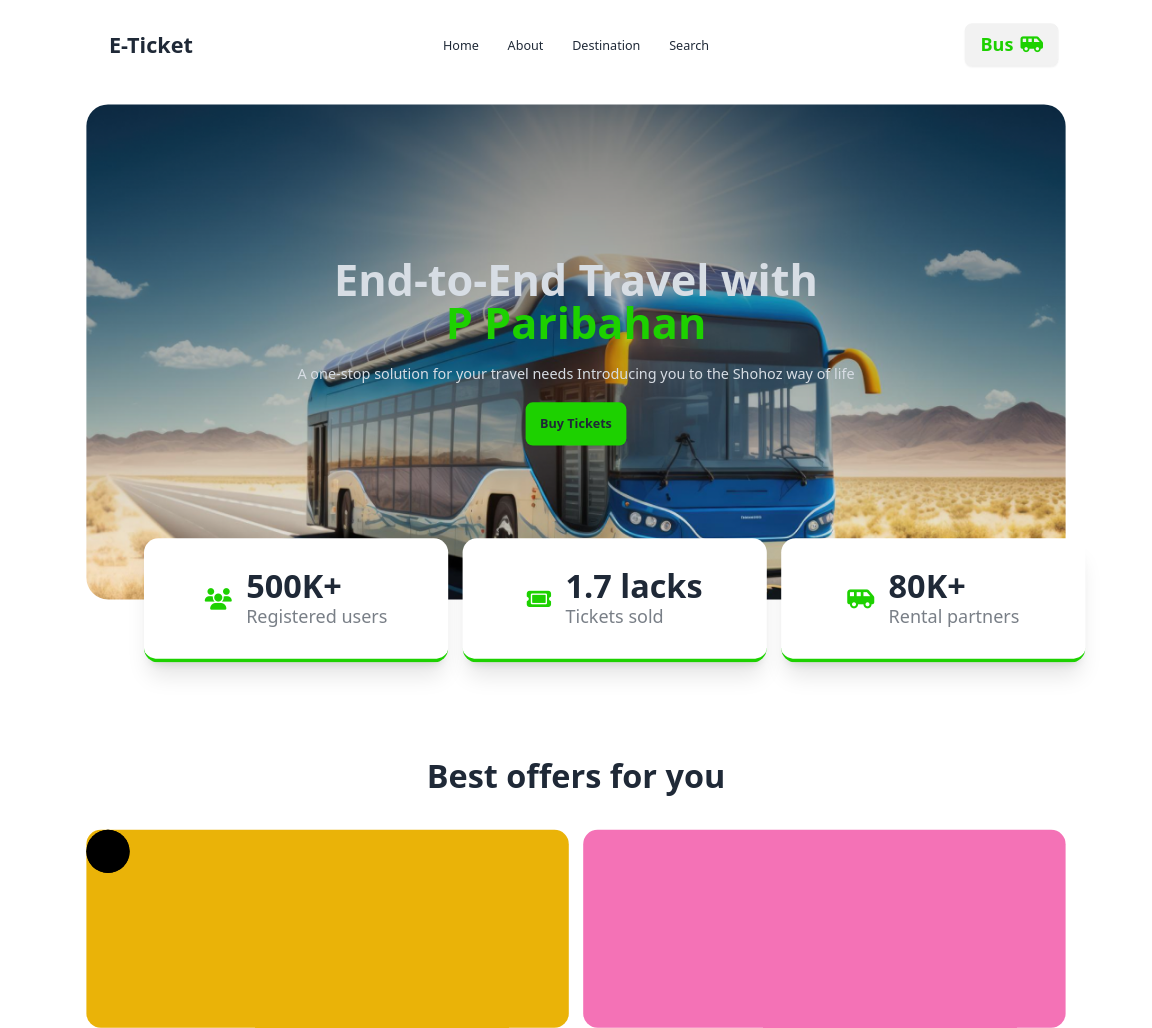
Repository: RudrasahaDibos/Smart-ticketing
Page: index.html
An editor plug-in stored every save of this project. The page is shown before and after a run of saves, followed by the edit.
The browser window is 1280 px wide. The pictures show the whole page, at 90% of full size.
Some web fonts or font styles are not loaded; a fallback is used. Some web libraries are served in a nearby version.

Above is the page before, as saved 2024-11-10 01:17:43.

### index.html
<!DOCTYPE html>
<html lang="en">
<head>
    <meta charset="UTF-8">
    <meta name="viewport" content="width=device-width, initial-scale=1.0">
    <title>Smart-ticketing</title>
    <!-- tailwind link -->
<link href="https://cdn.jsdelivr.net/npm/daisyui@4.12.14/dist/full.min.css" rel="stylesheet" type="text/css" />
<script src="https://cdn.tailwindcss.com"></script>
<!-- font awesome link -->
<link rel="stylesheet" href="https://cdnjs.cloudflare.com/ajax/libs/font-awesome/6.6.0/css/all.min.css" integrity="sha512-Kc323vGBEqzTmouAECnVceyQqyqdsSiqLQISBL29aUW4U/M7pSPA/gEUZQqv1cwx4OnYxTxve5UMg5GT6L4JJg==" crossorigin="anonymous" referrerpolicy="no-referrer" />

<!-- google fonts  -->
<link rel="preconnect" href="https://fonts.googleapis.com">
<link rel="preconnect" href="https://fonts.gstatic.com" crossorigin>
<link href="https://fonts.googleapis.com/css2?family=Anton+SC&family=Manrope:wght@200..800&family=Raleway:ital,wght@0,100..900;1,100..900&display=swap" rel="stylesheet">

<style>
.raleway{
  font-family: "Raleway", sans-serif;
}
</style>



</head>
<body>
    <!-- header ends here -->
    <header  class="container mx-auto lg:pl-24 lg:pr-24 lg:pt-4 w-[1400px]">
               <div>
                <!-- navbar starts here -->
                <div class="navbar bg-base-100">
                    <div class="navbar-start">
                      <div class="dropdown">
                        <div tabindex="0" role="button" class="btn btn-ghost lg:hidden">
                          <svg
                            xmlns="http://www.w3.org/2000/svg"
                            class="h-5 w-5"
                            fill="none"
                            viewBox="0 0 24 24"
                            stroke="currentColor">
                            <path
                              stroke-linecap="round"
                              stroke-linejoin="round"
                              stroke-width="2"
                              d="M4 6h16M4 12h8m-8 6h16" />
                          </svg>
                        </div>
                        <ul
                          tabindex="0"
                          class="menu menu-sm dropdown-content bg-base-100 rounded-box z-[1] mt-3 w-52 p-2 shadow">
                          <li><a>Home</a></li>
                          <li><a>About</a></li>
                          <li><a>Destination</a></li>
                          <li><a>Search</a></li>
                        </ul>
                      </div>
                      <a class="btn btn-ghost text-2xl font-extrabold">E-Ticket</a>
                    </div>
                    <div class="navbar-center hidden lg:flex">
                      <ul class="menu menu-horizontal px-1">
                        <li><a>Home</a></li>
                        <li><a>About</a></li>
                        <li><a>Destination</a></li>
                        <li><a>Search</a></li>
                      </ul>
                    </div>
                    <div class="navbar-end">
                      <a class="btn text-[#1DD100]  border-1  text-xl">Bus <i class="fa-solid fa-van-shuttle"></i></a>
                    </div>
                  </div>
               </div>

              <!-- banner start here -->

              <div
              class="hero h-[550px] mt-8 bg-[url('/images/banner.png')] rounded-3xl relative">

              <div class="hero-content text-neutral-content text-center">
                <div class="">
                  <h1 class="mb-5 text-5xl font-extrabold">End-to-End Travel with <br> <span class="text-5xl text-[#1DD100]  font-extrabold">P Paribahan</span></h1>
                  <p class="mb-5">
                    A one-stop solution for your travel needs

                    Introducing you to the Shohoz way of life
                  </p>
                  <button class="btn bg-[#1DD100] border-none">Buy Tickets</button>
                </div>
              </div>
            </div>



                 <!-- banner end here -->

                <!-- 3 card start here  -->

                        <div class=" flex justify-between items-center gap-4 pl-16 pr-16 absolute -bottom-4   ">
                            <div class="stat flex bg-white justify-center items-center shadow-xl  border-b-4 border-b-[#1DD100]  rounded-2xl w-[338px] h-[138px]">
                                <div class="text-[#1DD100] text-2xl font-extrabold ">
                                    <i class="fa-solid fa-users"></i>
                                  </div>

                             <div>
                                <div class="stat-value">500K+</div>
                                <div class="stat-desc text-xl ">Registered users</div>
                             </div>


                            </div>

                            <div class="stat flex bg-white justify-center items-center  border-b-4 border-b-[#1DD100] shadow-xl  rounded-2xl w-[338px] h-[138px]">
                                <div class="text-[#1DD100] text-2xl font-extrabold ">
                                    <i class="fa-solid fa-ticket  "></i>

                                  </div>

                             <div>
                                <div class="stat-value">1.7 lacks</div>
                                <div class="stat-desc text-xl ">Tickets sold</div>
                             </div>


                            </div>

                            <div class="stat flex bg-white justify-center items-center  border-b-4 border-b-[#1DD100] shadow-xl  rounded-2xl w-[338px] h-[138px]">
                                <div class="text-[#1DD100] text-2xl font-extrabold ">
                                    <i class="fa-solid fa-van-shuttle"></i>

                                  </div>

                             <div>
                                <div class="stat-value">80K+</div>
                                <div class="stat-desc text-xl ">Rental partners</div>
                             </div>


                            </div>
                          </div>




                  <!-- 3 card ends here -->

               <!-- navbar Ends here -->
    </header>
    <!-- header ends here -->


     <!-- main start here -->
    <main class="container mx-auto lg:pl-24 lg:pr-24 lg:pt-4 w-[1400px]" >
                  <!-- Best offers for you start here -->
                     <section class="mt-40">
                               <h1 class="text-4xl font-semibold text-center">Best offers for you</h1>

                                <div class="flex gap-4 mt-10">
                                    <div class="bg-yellow-500  w-[573px] h-[220px] relative rounded-2xl">
                                               <p class="bg-black w-[48px] h-[48px] absolute mx-auto rounded-full   "></p>
                                               <p class="bg-black w-[48px] h-[48px] absolute mx-auto rounded-full   "></p>
                                    </div>
                                    <div class="bg-pink-400   w-[573px] h-[220px] rounded-2xl">

                                    </div>
                                </div>
                     </section>

                  <!-- Best offers for you ends here -->
    </main>
    <!-- main ends here -->



    <!-- js add -->
     <script src="index.js"></script>
</body>
</html>

Loaded but not shown: index.js (common file)

After the next 3 saves:
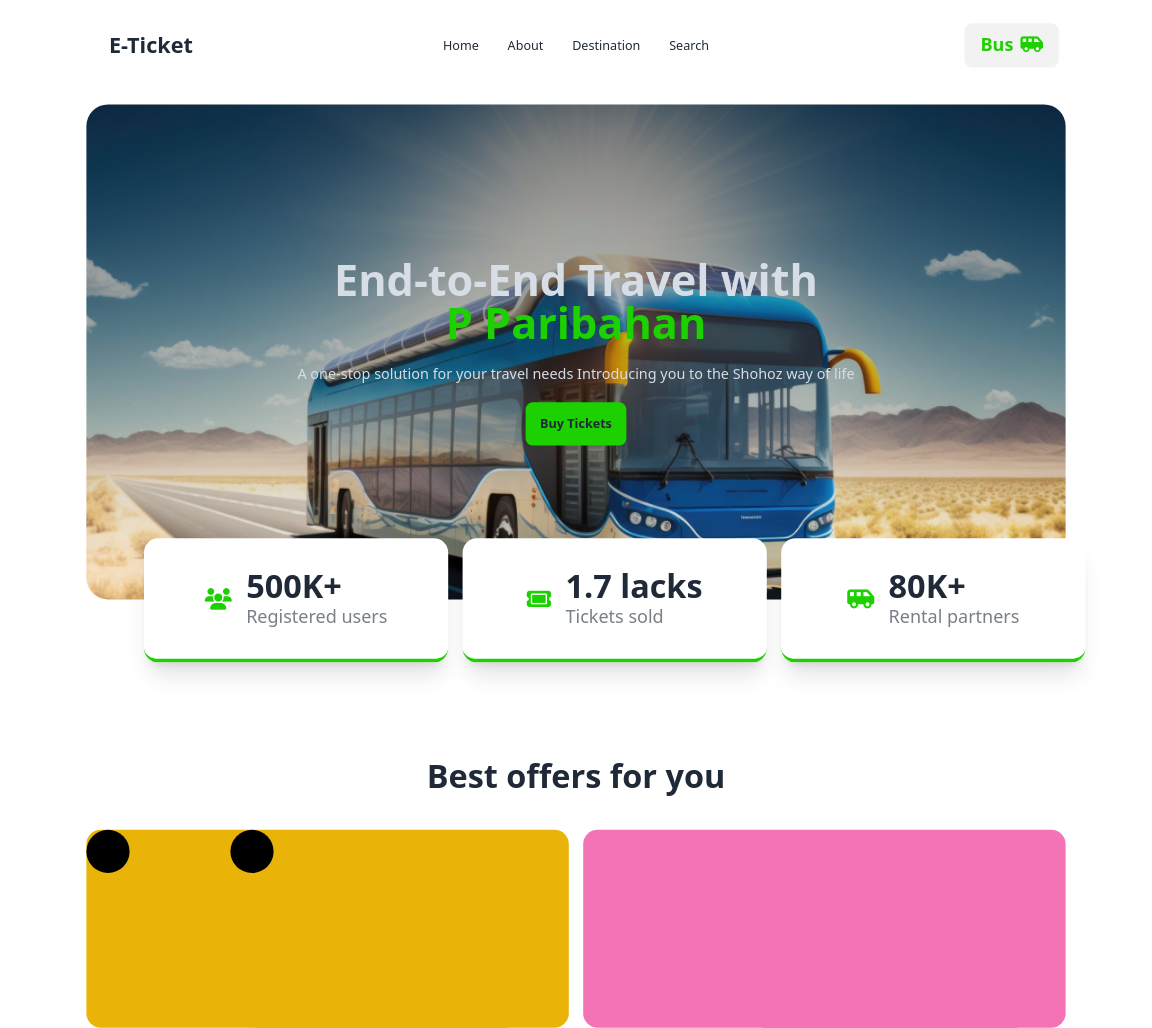
The 3 saves are shown as one change because they came seconds apart.
The last was saved 15 s later.
--- a/index.html
+++ b/index.html
@@ -156,7 +156,7 @@
 
                                 <div class="flex gap-4 mt-10">
                                     <div class="bg-yellow-500  w-[573px] h-[220px] relative rounded-2xl">
-                                               <p class="bg-black w-[48px] h-[48px] absolute mx-auto rounded-full   "></p>
+                                               <p class="bg-black w-[48px] h-[48px] absolute mx-auto rounded-full ml-40  "></p>
                                                <p class="bg-black w-[48px] h-[48px] absolute mx-auto rounded-full   "></p>
                                     </div>
                                     <div class="bg-pink-400   w-[573px] h-[220px] rounded-2xl">
